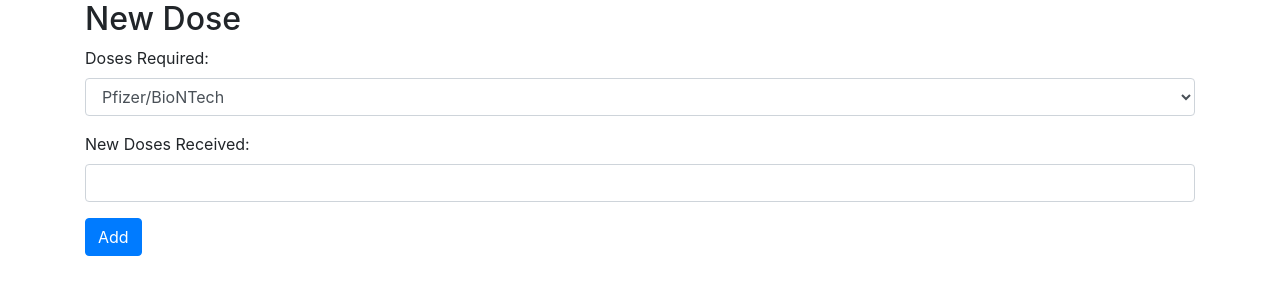
Repository: Thangtran1100/School-Stuff
Page: http://localhost/lab9/NewDose
The author's editor kept a copy of each file at every save. The page is drawn from the files as they stood at one save, then again after the next save.
The browser window is 1280 px wide. The pictures show the whole page.
The page is served by Tomcat 9. Other server files are loaded and not shown.

Above is the page before, as saved 2023-03-27 23:06:08.

### Spring 2023/CS3220/Assignments/3220-Lab9-App/lab9/src/main/webapp/NewDose.jsp
<%@ page language="java" contentType="text/html; charset=UTF-8"
    pageEncoding="UTF-8"%>
<%@ taglib prefix="c" uri="http://java.sun.com/jsp/jstl/core"%>
<!DOCTYPE html>
<html>
<head>
	<title>New Dose</title>
	<meta name="viewport" content="width=device-width, initial-scale=1">
	<link rel="stylesheet"
	href="https://maxcdn.bootstrapcdn.com/bootstrap/4.0.0/css/bootstrap.min.css">
</head>
<body>
	<div class="container">

		<h2>New Dose</h2>

		<form action="NewDose" method="post">

			<div class="form-group">
				<label for="dose">Doses Required:</label>
				<select class="form-control" id="dose" name="dose">
					<c:forEach items="${entries}" var="entry">
						<option value="${entry.vaccine}">${entry.vaccine}</option>
					</c:forEach>
				</select>
			</div>

			<div class="form-group">
				<label for="newDose">New Doses Received:</label>
				<input type="text" class="form-control" id="newDose" name="newDose">
			</div>

			<button type="submit" class="btn btn-primary">Add</button>
		</form>
	</div>
</body>
</html>

### Spring 2023/CS3220/Assignments/3220-Lab9-App/lab9/src/main/java/lab9/servlet/NewDose.java
package lab9.servlet;

import java.io.IOException;
import java.util.List;

import javax.servlet.ServletException;
import javax.servlet.annotation.WebServlet;
import javax.servlet.http.HttpServlet;
import javax.servlet.http.HttpServletRequest;
import javax.servlet.http.HttpServletResponse;

import model.VaccineEntry;
import utilities.ServletUtilities;

/**
 * Servlet implementation class NewDose
 */
@WebServlet("/NewDose")
public class NewDose extends HttpServlet {
	private static final long serialVersionUID = 1L;

    /**
     * @see HttpServlet#HttpServlet()
     */
    public NewDose() {
        super();
        // TODO Auto-generated constructor stub
    }

	/**
	 * @see HttpServlet#doGet(HttpServletRequest request, HttpServletResponse response)
	 */
	protected void doGet(HttpServletRequest request, HttpServletResponse response) throws ServletException, IOException {
		// TODO Auto-generated method stub

		List<VaccineEntry> entries = ServletUtilities.getVaccineEntresFromServletContext(getServletContext());

        request.setAttribute("vaccineEntries", entries);

        request.getRequestDispatcher("NewDose.jsp").forward(request, response);
	}

	/**
	 * @see HttpServlet#doPost(HttpServletRequest request, HttpServletResponse response)
	 */
	protected void doPost(HttpServletRequest request, HttpServletResponse response) throws ServletException, IOException {
		// TODO Auto-generated method stub

		String vaccine = request.getParameter("dose");
        String dosesReceived = request.getParameter("newDose");

        List<VaccineEntry> entries = ServletUtilities.getVaccineEntresFromServletContext(getServletContext());

        for (VaccineEntry entry : entries) {
            if (vaccine.equals(entry.getVaccine())) {
                entry.setTotalDoseReceived(String.valueOf(Integer.parseInt(entry.getTotalDoseReceived()) + Integer.parseInt(dosesReceived)));
                entry.setTotalDoseLeft(String.valueOf(Integer.parseInt(entry.getTotalDoseLeft()) + Integer.parseInt(dosesReceived)));
            }
        }

        response.sendRedirect("ListVaccine");

	}

}

### Spring 2023/CS3220/Assignments/3220-Lab9-App/lab9/src/main/java/utilities/ServletUtilities.java
package utilities;

import java.util.ArrayList;
import java.util.List;

import javax.servlet.ServletContext;

import model.VaccineEntry;

public class ServletUtilities {

	public static final String VaccineEntresKey = "entries";
	public static final String DOCTYPE =
			"<!DOCTYPE HTML>";

	public static String headWithTitle(String title) {
		return(
				DOCTYPE + "\n" +
						"<HTML>\n" +
						"<HEAD><TITLE>" + title + "</TITLE></HEAD>\n");
	}

	public static String titleWithBody(String title, String body) {
		return (headWithTitle(title) + "<BODY>" + body + "</BODY>\n" + "</HTML>\n");
	}

	public static int getInt(String str){
		try {
			int val = str == null || str.trim().length() == 0 ? 0
		            : Integer.parseInt( str );
			return val;
		}catch(Exception ex) { }
		return 0;
   }

	public static VaccineEntry getEntry(List<VaccineEntry> entries, int id){
		VaccineEntry entry = null;
		for( var e : entries )
            if( e.getId() == id )
            {
                entry = e;
                break;
            }
		return entry;
   }

	public static List<VaccineEntry> getVaccineEntresFromServletContext(ServletContext context){
		var obj = context.getAttribute( VaccineEntresKey );
		if (obj == null) return new ArrayList<VaccineEntry>();
		try {
			return (List<VaccineEntry>) obj;
		}catch(Exception ex) { return new ArrayList<VaccineEntry>(); }
   }

}

After the next save:
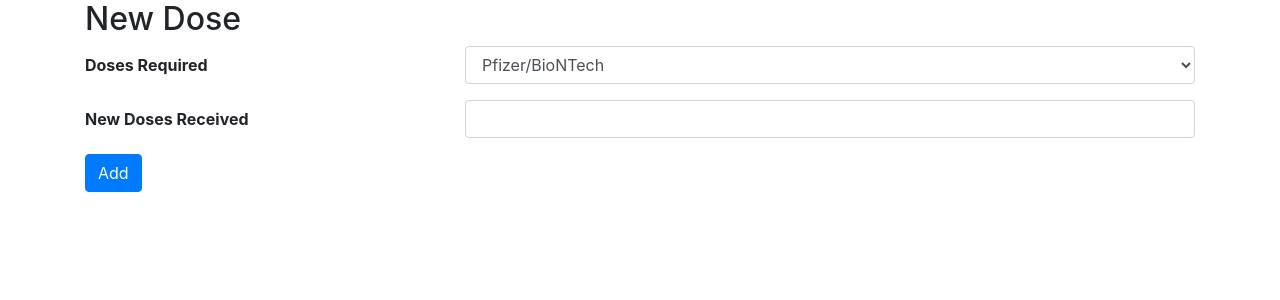
Saved 2 min 28 s later.
--- a/Spring 2023/CS3220/Assignments/3220-Lab9-App/lab9/src/main/webapp/NewDose.jsp
+++ b/Spring 2023/CS3220/Assignments/3220-Lab9-App/lab9/src/main/webapp/NewDose.jsp
@@ -1,12 +1,12 @@
 <%@ page language="java" contentType="text/html; charset=UTF-8"
-    pageEncoding="UTF-8"%>
+	pageEncoding="UTF-8"%>
 <%@ taglib prefix="c" uri="http://java.sun.com/jsp/jstl/core"%>
 <!DOCTYPE html>
 <html>
 <head>
-	<title>New Dose</title>
-	<meta name="viewport" content="width=device-width, initial-scale=1">
-	<link rel="stylesheet"
+<title>New Dose</title>
+<meta name="viewport" content="width=device-width, initial-scale=1">
+<link rel="stylesheet"
 	href="https://maxcdn.bootstrapcdn.com/bootstrap/4.0.0/css/bootstrap.min.css">
 </head>
 <body>
@@ -16,18 +16,31 @@
 
 		<form action="NewDose" method="post">
 
-			<div class="form-group">
-				<label for="dose">Doses Required:</label>
-				<select class="form-control" id="dose" name="dose">
-					<c:forEach items="${entries}" var="entry">
-						<option value="${entry.vaccine}">${entry.vaccine}</option>
-					</c:forEach>
-				</select>
+
+
+			<div class="form-group row">
+				<label for="dose"
+					class="col-lg-4 font-weight-bold col-form-label control-label">Doses
+					Required</label>
+
+				<div class="col-lg-8">
+					<select class="form-control" id="dose" name="dose">
+						<c:forEach items="${entries}" var="entry">
+							<option value="${entry.vaccine}">${entry.vaccine}</option>
+						</c:forEach>
+					</select>
+				</div>
+
 			</div>
 
-			<div class="form-group">
-				<label for="newDose">New Doses Received:</label>
-				<input type="text" class="form-control" id="newDose" name="newDose">
+			<div class="form-group row">
+				<label for="newDose"
+					class="col-lg-4 font-weight-bold col-form-label control-label">New
+					Doses Received</label>
+
+				<div class="col-lg-8">
+					<input type="text" class="form-control" id="newDose" name="newDose">
+				</div>
 			</div>
 
 			<button type="submit" class="btn btn-primary">Add</button>
